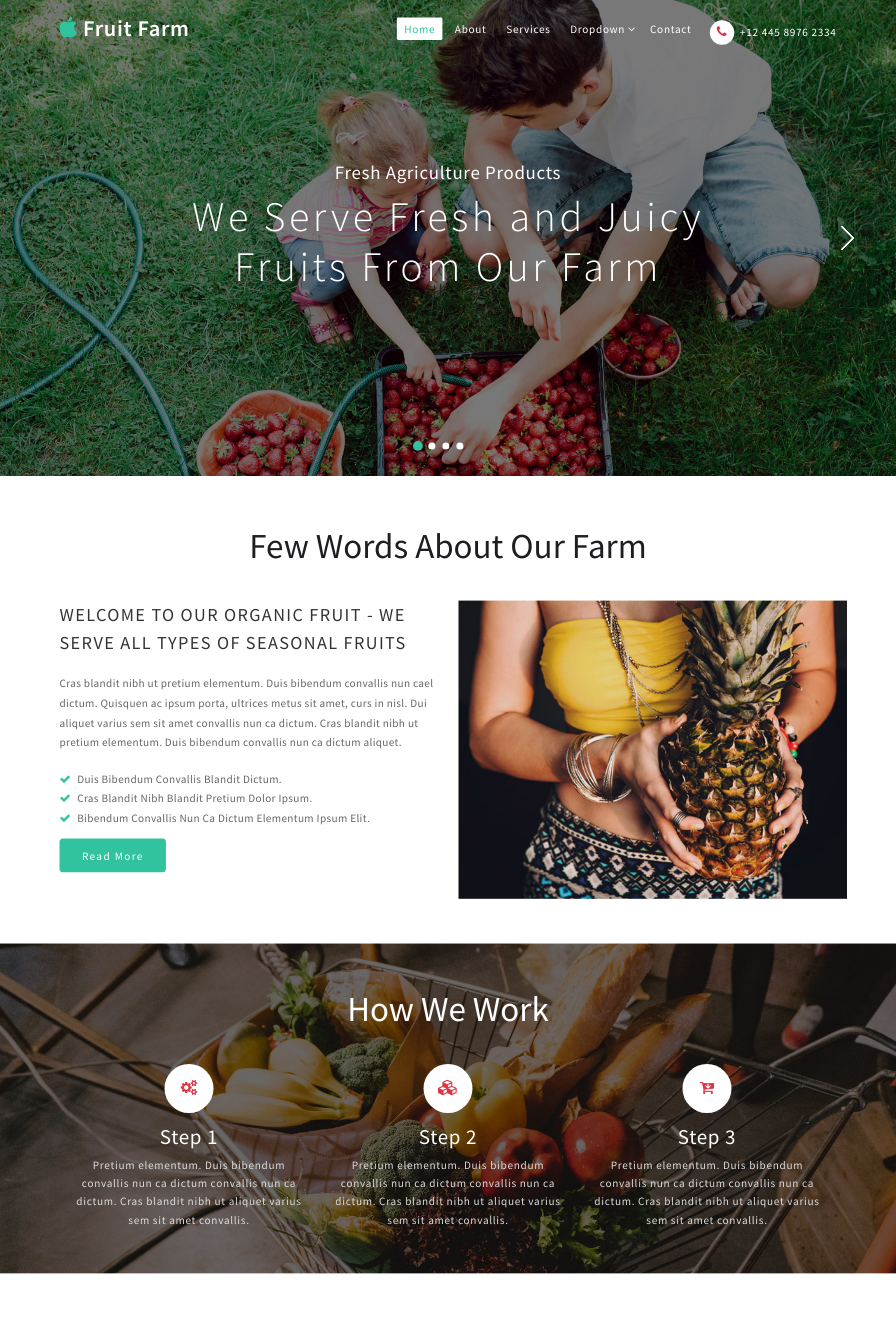
Repository: httpamit/SP-Food
Page: index.html
The author's editor kept a copy of each file at every save. The page is drawn from the files as they stood at one save, then again after the next save.
The browser window is 1280 px wide. The pictures show the part of the page from y = 0 to 1920 px (the page is 4839 px tall), at 70% of full size.
Backgrounds fixed to the window are drawn as part of the page.

Above is the page before, as saved 2019-02-07 23:10:07.

### index.html
<!DOCTYPE html>
<html lang="en">
<head>
<title>Fruit Farm Agriculture Category Flat Bootstrap Responsive Website Template | Home : W3layouts</title>

	<!-- Meta tag Keywords -->
	<meta name="viewport" content="width=device-width, initial-scale=1">
	<meta charset="utf-8">
	<meta name="keywords" content="Agriculture Responsive web template, Bootstrap Web Templates, Flat Web Templates, Android Compatible web template,
	Smartphone Compatible web template, free webdesigns for Nokia, Samsung, LG, SonyEricsson, Motorola web design" />
	<script type="application/x-javascript">
		addEventListener("load", function () {
			setTimeout(hideURLbar, 0);
		}, false);

		function hideURLbar() {
			window.scrollTo(0, 1);
		}
	</script>
	<!--// Meta tag Keywords -->

	<!-- css files -->
	<link rel="stylesheet" href="css/bootstrap.css"> <!-- Bootstrap-Core-CSS -->
	<link rel="stylesheet" href="css/style.css" type="text/css" media="all" /> <!-- Style-CSS -->
	<link rel="stylesheet" href="css/font-awesome.min.css"> <!-- Font-Awesome-Icons-CSS -->
	<!-- //css files -->

	<!--web font-->
	<link href="//fonts.googleapis.com/css?family=Source+Sans+Pro:200,200i,300,300i,400,400i,600,600i,700,700i,900,900i&amp;subset=cyrillic,cyrillic-ext,greek,greek-ext,latin-ext,vietnamese" rel="stylesheet">
	<!--//web font-->

</head>

<body>

<!-- header -->
<header>
	<div class="container" id="home">
		<nav class="">
			<div id="logo">
				<h1> <a href="index.html" class="editContent" data-selector=".editContent"><span class="fa fa-apple"></span> Fruit Farm</a></h1>
			</div>
			<div class="mx-auto">
				<label for="drop" class="toggle mt-lg-0 mt-3">Menu</label>
				<input type="checkbox" id="drop" />
				<ul class="menu mt-lg-4">
					<li class=" mr-lg-2 mr-1 active"><a href="#">Home</a></li>
					<li class=" mr-lg-2 mr-1"><a href="#about">About</a></li>
					<li class=" mr-lg-2 mr-1"><a href="#services">Services</a></li>
					<li class="dropdown-menu-padding">
					<!-- First Tier Drop Down -->
					<label for="drop-2" class="toggle">Dropdown <span class="fa fa-angle-down" aria-hidden="true"></span> </label>
					<a href="#">Dropdown <span class="fa fa-angle-down" aria-hidden="true"></span></a>
					<input type="checkbox" id="drop-2"/>
					<ul>
						<li><a href="#facts">Agriculture Facts</a></li>
						<li><a href="#gallery">Our Gallery</a></li>
						<li><a href="#team">Our Farmers</a></li>
					</ul>
					</li>
					<li><a href="#contact">Contact</a></li>
					<li class="buttons ml-lg-3">
						<p><span class="fa mr-1 fa-phone"></span> +12 445 8976 2334</p>
					</li>
				</ul>
			</div>
		</nav>
	</div>
</header>
<!-- //header -->

<div class="csslider infinity" id="slider1">
  <input type="radio" name="slides" checked="checked" id="slides_1"/>
  <input type="radio" name="slides" id="slides_2"/>
  <input type="radio" name="slides" id="slides_3"/>
  <input type="radio" name="slides" id="slides_4"/>
  <ul>
    <li>
		<div id="bg">
			<div class="container">
				<div class="banner-text">
				  <h6> Fresh Agriculture Products</h6>
				  <h3> We Serve Fresh and Juicy Fruits From Our Farm</h3>
				</div>
			</div>
		</div>
    </li>
    <li>
        <div id="bg1">
			<div class="container">
				<div class="banner-text">
				  <h6> Fresh Agriculture Products</h6>
				  <h3> We Serve Fresh and Juicy Fruits From Our Farm</h3>
				</div>
			</div>
        </div>
    </li>
    <li>
		<div id="bg2">
			<div class="container">
				<div class="banner-text">
				  <h6> Fresh Agriculture Products</h6>
				  <h3> We Serve Fresh and Juicy Fruits From Our Farm</h3>
				</div>
			</div>
        </div>
    </li>
    <li>
		<div id="bg3">
			<div class="container">
				<div class="banner-text">
				  <h6> Fresh Agriculture Products</h6>
				  <h3> We Serve Fresh and Juicy Fruits From Our Farm</h3>
				</div>
			</div>
		</div>
    </li>

  </ul>
  <div class="arrows">
    <label for="slides_1"></label>
    <label for="slides_2"></label>
    <label for="slides_3"></label>
    <label for="slides_4"></label>
  </div>
  <div class="navigation">
    <div>
      <label for="slides_1"></label>
      <label for="slides_2"></label>
      <label for="slides_3"></label>
      <label for="slides_4"></label>
    </div>
  </div>
</div>

<!-- //banner -->

<!-- about -->
<section class="about py-5" id="about">
	<div class="container py-md-3">
		<h3 class="heading text-center mb-md-5 mb-4">Few Words About our farm</h3>
		<div class="row about-grids agile-info">
			<div class="col-lg-6 mb-lg-0   mb-5">
				<h4 class="mb-4">Welcome to our Organic Fruit - we serve all types of seasonal fruits</h3>
				<p class="mb-4">Cras blandit nibh ut pretium elementum. Duis bibendum convallis nun cael dictum. Quisquen ac ipsum porta, ultrices metus sit amet, curs in nisl. Dui aliquet varius sem sit amet convallis nun ca dictum. Cras blandit nibh ut pretium elementum. Duis bibendum convallis nun ca dictum aliquet.</p>
				<p class="text-capitalize"> <span class="fa fa-check"></span> Duis bibendum convallis blandit dictum.</p>
				<p class=" text-capitalize"> <span class="fa fa-check"></span> Cras blandit nibh blandit pretium dolor ipsum.</p>
				<p class="text-capitalize mb-3"> <span class="fa fa-check"></span> Bibendum convallis nun ca dictum elementum ipsum elit.</p>
				<a href="#popup1">Read More </a>
			</div>
			<div class="col-lg-6 col-md-8   pr-md-0">
				<img src="images/about.jpg" class="img-fluid" />
			</div>
		</div>
	</div>
</section>
<!-- //about -->

<!-- how we work -->
<section class="work">
	<div class="work-layer py-5">
	<div class="container py-md-3">
		<h3 class="heading text-center mb-lg-5 text-white mb-4">How We Work</h3>
		<div class="row text-center join agile-info">
			<div class="col-lg-4 col-md-6 steps-reach  ">
				<span class="fa fa-cogs"></span>
				<h4>Step 1</h4>
				<p>Pretium elementum. Duis bibendum convallis nun ca dictum convallis nun ca dictum. Cras blandit nibh ut aliquet varius sem sit amet convallis.</p>
			</div>
			<div class="col-lg-4 col-md-6 mt-md-0 mt-5 steps-reach  ">
				<span class="fa fa-cubes"></span>
				<h4>Step 2</h4>
				<p>Pretium elementum. Duis bibendum convallis nun ca dictum convallis nun ca dictum. Cras blandit nibh ut aliquet varius sem sit amet convallis.</p>
			</div>
			<div class="col-lg-4 col-md-6 mt-lg-0 mt-5 steps-reach  ">
				<span class="fa fa-cart-arrow-down" aria-hidden="true"></span>
				<h4>Step 3</h4>
				<p>Pretium elementum. Duis bibendum convallis nun ca dictum convallis nun ca dictum. Cras blandit nibh ut aliquet varius sem sit amet convallis.</p>
			</div>
		</div>
	</div>
	</div>
</section>
<!-- //how we work -->

<!-- services -->
<section class="services py-5" id="services">
	<div class="container py-md-5">
		<h3 class="heading text-center mb-lg-5 mb-4">Our Services</h3>
		<div class="row text-center join agile-info">
			<div class="col-lg-4 col-md-6 steps-reach service-box">
				<span class="fa fa-cogs"></span>
				<h4>Step 1</h4>
				<p>Pretium elementum. Duis bibendum convallis nun ca dictum convallis nun ca dictum. Cras blandit nibh ut aliquet varius sem sit amet convallis.</p>
			</div>
			<div class="col-lg-4 col-md-6 mt-md-0 mt-5 steps-reach service-box ">
				<span class="fa fa-cubes"></span>
				<h4>Step 2</h4>
				<p>Pretium elementum. Duis bibendum convallis nun ca dictum convallis nun ca dictum. Cras blandit nibh ut aliquet varius sem sit amet convallis.</p>
			</div>
			<div class="col-lg-4 col-md-6 mt-lg-0 mt-5 steps-reach service-box right-border ">
				<span class="fa fa-cart-arrow-down" aria-hidden="true"></span>
				<h4>Step 3</h4>
				<p>Pretium elementum. Duis bibendum convallis nun ca dictum convallis nun ca dictum. Cras blandit nibh ut aliquet varius sem sit amet convallis.</p>
			</div>
		</div>
	</div>
	</div>
</section>
<!-- //how we work -->

<!-- facts -->
<section class="service-bottom bg py-5" id="facts">
	<div class="container">
		<!-- Counter -->
		<div class="py-lg-5 py-3">
			<h3 class="heading text-center text-white mb-lg-5 mb-4">Agricultural Facts</h3>
			<div class="row ">
				<div class="col-md-3 text-center col-6 agileits_w3layouts_about_counter_left  ">
					<div class="counterinfo agile-info">
						<p class="counter">146</p>
						<h3>Business Growth</h3>
					</div>
				</div>
				<div class="col-md-3 text-center col-6 agileits_w3layouts_about_counter_left  ">
					<div class="counterinfo agile-info">
						<p class="counter">1500</p>
						<h3>Fruits Supplied</h3>
					</div>
				</div>
				<div class="col-md-3 text-center col-6 agileits_w3layouts_about_counter_left   mt-md-0 mt-4">
					<div class="counterinfo agile-info">
						<p class="counter">15+</p>
						<h3>Years Experience</h3>
					</div>
				</div>
				<div class="col-md-3 text-center col-6 agileits_w3layouts_about_counter_left   mt-md-0 mt-4">
					<div class="counterinfo agile-info">
						<p class="counter">150+</p>
						<h3>Agriculture Farmers</h3>
					</div>
				</div>
			</div>
		</div>
		<!-- //Counter -->
	</div>
</section>
<!-- //facts -->

<!-- gallery -->
<section class="gallery py-5" id="gallery">
	<div class="container py-3">
		<h3 class="heading text-center mb-lg-5 mb-4">Our Gallery</h3>
		<div class="row gallery_grid-more project-grids w3ls">
			<div class="col-lg-3 col-md-4 col-6 px-1 w3layoutsits_w3layouts_gallery_grid1">
				<div class="gallery-border">
					<a href="#popup2">
						<img src="images/g1.jpg" alt=" " class="img-fluid" />
					</a>
				</div>
			</div>
			<div class="col-lg-3 col-md-4 col-6 px-1 w3layoutsits_w3layouts_gallery_grid1">
				<div class="gallery-border">
					<a href="#popup3">
						<img src="images/g2.jpg" alt=" " class="img-fluid" />
					</a>
				</div>
			</div>
			<div class="col-lg-3 col-md-4 col-6 px-1 w3layoutsits_w3layouts_gallery_grid1 mt-md-0 mt-2">
				<div class="gallery-border">
					<a href="#popup4">
						<img src="images/g3.jpg" alt=" " class="img-fluid" />
					</a>
				</div>
			</div>
			<div class="col-lg-3 col-md-4 col-6 px-1 w3layoutsits_w3layouts_gallery_grid1 mt-lg-0 mt-2">
				<div class="gallery-border">
					<a href="#popup5">
						<img src="images/g4.jpg" alt=" " class="img-fluid" />
					</a>
				</div>
			</div>
			<div class="col-lg-3 col-md-4 col-6 px-1 w3layoutsits_w3layouts_gallery_grid1 mt-2 ">
				<div class="gallery-border">
					<a href="#popup6">
						<img src="images/g5.jpg" alt=" " class="img-fluid" />
					</a>
				</div>
			</div>
			<div class="col-lg-3 col-md-4 col-6 px-1 w3layoutsits_w3layouts_gallery_grid1 mt-2">
				<div class="gallery-border">
					<a href="#popup7">
						<img src="images/g6.jpg" alt=" " class="img-fluid" />
					</a>
				</div>
			</div>
			<div class="col-lg-3 col-md-4 col-6 px-1 w3layoutsits_w3layouts_gallery_grid1 mt-2">
				<div class="gallery-border">
					<a href="#popup8">
						<img src="images/g7.jpg" alt=" " class="img-fluid" />
					</a>
				</div>
			</div>
			<div class="col-lg-3 col-md-4 col-6 px-1 w3layoutsits_w3layouts_gallery_grid1 mt-2">
				<div class="gallery-border">
					<a href="#popup9">
						<img src="images/g8.jpg" alt=" " class="img-fluid" />
					</a>
				</div>
			</div>
		</div>
	</section>

<!-- popup for gallery -->
<div id="popup2" class="overlay">
	<div class="popup1">
		<img src="images/g1.jpg" alt="Popup Image" class="img-fluid" />
	<a class="close" href="#gallery">&times;</a>
	</div>
</div>

<div id="popup3" class="overlay">
	<div class="popup1">
		<img src="images/g2.jpg" alt="Popup Image" class="img-fluid" />
	<a class="close" href="#gallery">&times;</a>
	</div>
</div>

<div id="popup4" class="overlay">
	<div class="popup1">
		<img src="images/g3.jpg" alt="Popup Image" class="img-fluid" />
	<a class="close" href="#gallery">&times;</a>
	</div>
</div>

<div id="popup5" class="overlay">
	<div class="popup1">
		<img src="images/g4.jpg" alt="Popup Image" class="img-fluid" />
	<a class="close" href="#gallery">&times;</a>
	</div>
</div>

<div id="popup6" class="overlay">
	<div class="popup1">
		<img src="images/g5.jpg" alt="Popup Image" class="img-fluid" />
	<a class="close" href="#gallery">&times;</a>
	</div>
</div>

<div id="popup7" class="overlay">
	<div class="popup1">
		<img src="images/g6.jpg" alt="Popup Image" class="img-fluid" />
	<a class="close" href="#gallery">&times;</a>
	</div>
</div>
<div id="popup8" class="overlay">
	<div class="popup1">
		<img src="images/g7.jpg" alt="Popup Image" class="img-fluid" />
	<a class="close" href="#gallery">&times;</a>
	</div>
</div>
<div id="popup9" class="overlay">
	<div class="popup1">
		<img src="images/g8.jpg" alt="Popup Image" class="img-fluid" />
	<a class="close" href="#gallery">&times;</a>
	</div>
</div>
<!-- //popup for gallery -->

</div>
<!-- //gallery -->

<!-- team -->
<section class="team bg-light py-5" id="team">
	<div class="container py-md-3">
		<h3 class="heading text-center mb-lg-5 mb-4">Our Farmers</h3>
		<div class="row team-grids">
			<div class="col-lg-3 col-sm-6 mb-lg-0 mb-4 team-grid  ">
				<div class="team-members">
					<img src="images/t1.jpg" class="img-fluid" alt="image">
					<div class="team-desc py-3 text-center agile-info">
						<h4 class="">John Doe</h4>
						<span>Our Farmer</span>
						<ul class="social">
							<li><a href="#"><span class="fa fa-facebook icon_facebook"></span></a></li>
							<li><a href="#"><span class="fa fa-twitter icon_twitter"></span></a></li>
							<li><a href="#"><span class="fa fa-dribbble icon_dribbble"></span></a></li>
							<li><a href="#"><span class="fa fa-google-plus icon_g_plus"></span></a></li>
						</ul>
					</div>
				</div>
			</div>
			<div class="col-lg-3 col-sm-6 mb-lg-0 mb-4 team-grid  ">
				<div class="team-members">
					<img src="images/t2.jpg" class="img-fluid" alt="image">
					<div class="team-desc py-3 text-center agile-info">
						<h4 class="">Melisa Doe</h4>
						<span>Our Farmer</span>
						<ul class="social">
							<li><a href="#"><span class="fa fa-facebook icon_facebook"></span></a></li>
							<li><a href="#"><span class="fa fa-twitter icon_twitter"></span></a></li>
							<li><a href="#"><span class="fa fa-dribbble icon_dribbble"></span></a></li>
							<li><a href="#"><span class="fa fa-google-plus icon_g_plus"></span></a></li>
						</ul>
					</div>
				</div>
			</div>
			<div class="col-lg-3 col-sm-6 mb-sm-0 mb-4 team-grid  ">
				<div class="team-members">
					<img src="images/t3.jpg" class="img-fluid" alt="image">
					<div class="team-desc py-3 text-center agile-info">
						<h4 class="">Alex Atkinson</h4>
						<span>Our Farmer</span>
						<ul class="social">
							<li><a href="#"><span class="fa fa-facebook icon_facebook"></span></a></li>
							<li><a href="#"><span class="fa fa-twitter icon_twitter"></span></a></li>
							<li><a href="#"><span class="fa fa-dribbble icon_dribbble"></span></a></li>
							<li><a href="#"><span class="fa fa-google-plus icon_g_plus"></span></a></li>
						</ul>
					</div>
				</div>
			</div>
			<div class="col-lg-3 col-sm-6 team-grid  ">
				<div class="team-members">
					<img src="images/t4.jpg" class="img-fluid" alt="image">
					<div class="team-desc py-3 text-center agile-info">
						<h4 class="">Thompson</h4>
						<span>Our Farmer</span>
						<ul class="social">
							<li><a href="#"><span class="fa fa-facebook icon_facebook"></span></a></li>
							<li><a href="#"><span class="fa fa-twitter icon_twitter"></span></a></li>
							<li><a href="#"><span class="fa fa-dribbble icon_dribbble"></span></a></li>
							<li><a href="#"><span class="fa fa-google-plus icon_g_plus"></span></a></li>
						</ul>
					</div>
				</div>
			</div>
		</div>
	</div>
</section>
<!-- //team -->

<!-- footer -->
<footer class="py-5" id="contact">
	<div class="container pt-md-3">
		<div class="row ">
		<div class="col-lg-4 col-md-6">
            <h3 class="mb-4">Address Info</h3>
			<div class="footer-text">
				<p>Address : 1234 block, Charlotte, North Carolina, United States, USA.</p>
				<p class="mt-1">Phone : +12 534894364</p>
				<p class="mt-1">Phone : +12 534894364</p>
				<p class="my-1">Email : <a href="mailto:info@example.com">info@example.com</a></p>
				<p>Fax : +12 534894364</p>
			</div>
		</div>
		<div class="col-lg-3 col-md-6 mt-md-0 mt-5">
            <h3 class="mb-4">Opening Hours</h3>
			<div class="timings">
				<p class="mb-2">Mon To Fri<span> 9am to 8pm </span></p>
				<p class="">Sat and Sun<span> 10am to 6pm </span></p>
			</div>
            <h3 class="mt-4">Connect Us</h3>
			<p class="mt-3">Follow us on social media.</p>
			<ul class="social mt-2">
				<li><a href="#"><span class="fa fa-facebook icon_facebook"></span></a></li>
				<li><a href="#"><span class="fa fa-twitter icon_twitter"></span></a></li>
				<li><a href="#"><span class="fa fa-dribbble icon_dribbble"></span></a></li>
				<li><a href="#"><span class="fa fa-google-plus icon_g_plus"></span></a></li>
			</ul>
		</div>
		<div class="col-lg-5 mt-lg-0 mt-5">
			<h3 class="mb-4 ml-md-5"> Contact Us</h3>
			<form action="#" method="get" class="register-wthree">
				<div class="form-group">
					<div class="row">
						<div class="col-sm-2 d-sm-flex align-items-end justify-content-end px-sm-0">
							<label class="mb-0">
								<span class="fa fa-user"></span>
							</label>
						</div>
						<div class="col-sm-5 pr-sm-1">
							<input class="form-control" type="text" placeholder="First Name" name="email" required="">
						</div>
						<div class="col-sm-5 pl-sm-1 pl-auto mt-sm-0 mt-2">
							<input class="form-control" type="text" placeholder="Last Name" name="email" required="">
						</div>
					</div>
				</div>
				<div class="form-group">
					<div class="row">
						<div class="col-sm-2 d-sm-flex align-items-end justify-content-end px-sm-0">
							<label class="mb-0">
								<span class="fa fa-envelope-open"></span>
							</label>
						</div>
						<div class="col-sm-10">
							<input class="form-control" type="email" placeholder="example@mail.com" name="email" required="">
						</div>
					</div>
				</div>
				<div class="form-group">
					<div class="row">
						<div class="col-sm-2 d-sm-flex align-items-end justify-content-end px-sm-0">
							<label class="mb-0">
								<span class="fa fa-edit"></span>
							</label>
						</div>
						<div class="col-sm-10">
							<textarea placeholder="Your message here" class="form-control"></textarea>
						</div>
					</div>
				</div>
				<div class="row mt-3">
					<div class="offset-2"></div>
					<div class="col-sm-10">
						<button type="submit" class="btn btn-block w-100">Send</button>
					</div>
				</div>
			</form>
		</div>
	</div>
	<div class="copyright pt-sm-5 pt-4 text-center">
		<a href="#home" class="move-top scroll"><span class="fa fa-angle-up" aria-hidden="true"></span></a>
		<p>© 2018 Fruit Farm. All Rights Reserved | Design by</p>
	</div>
</footer>
<!-- footer -->

<!-- popup for btn -->
<div id="popup1" class="overlay">
	<div class="popup">
		<img src="images/about.jpg" alt="Popup Image" class="img-fluid" />
		<p class="mt-4 editContent">Nulla viverra pharetra se, eget pulvinar neque pharetra ac int. placerat placerat dolor. Vestibulum at dui nunc. Nulla viverra pharetra sem, eget pulvinar neque pharetra ac int. lorem ipsum Vestibulum. placerat placerat dolor. Vestibulum at dui nunc. Nullam eu elit neque lectus.</p>
	<a class="close" href="#about">&times;</a>
	</div>
</div>
<!-- //popup for btn -->

</body>
</html>

Loaded but not shown: css/bootstrap.css (library); css/font-awesome.min.css (library); css/style.css (1492 lines, source omitted)

After the next save:
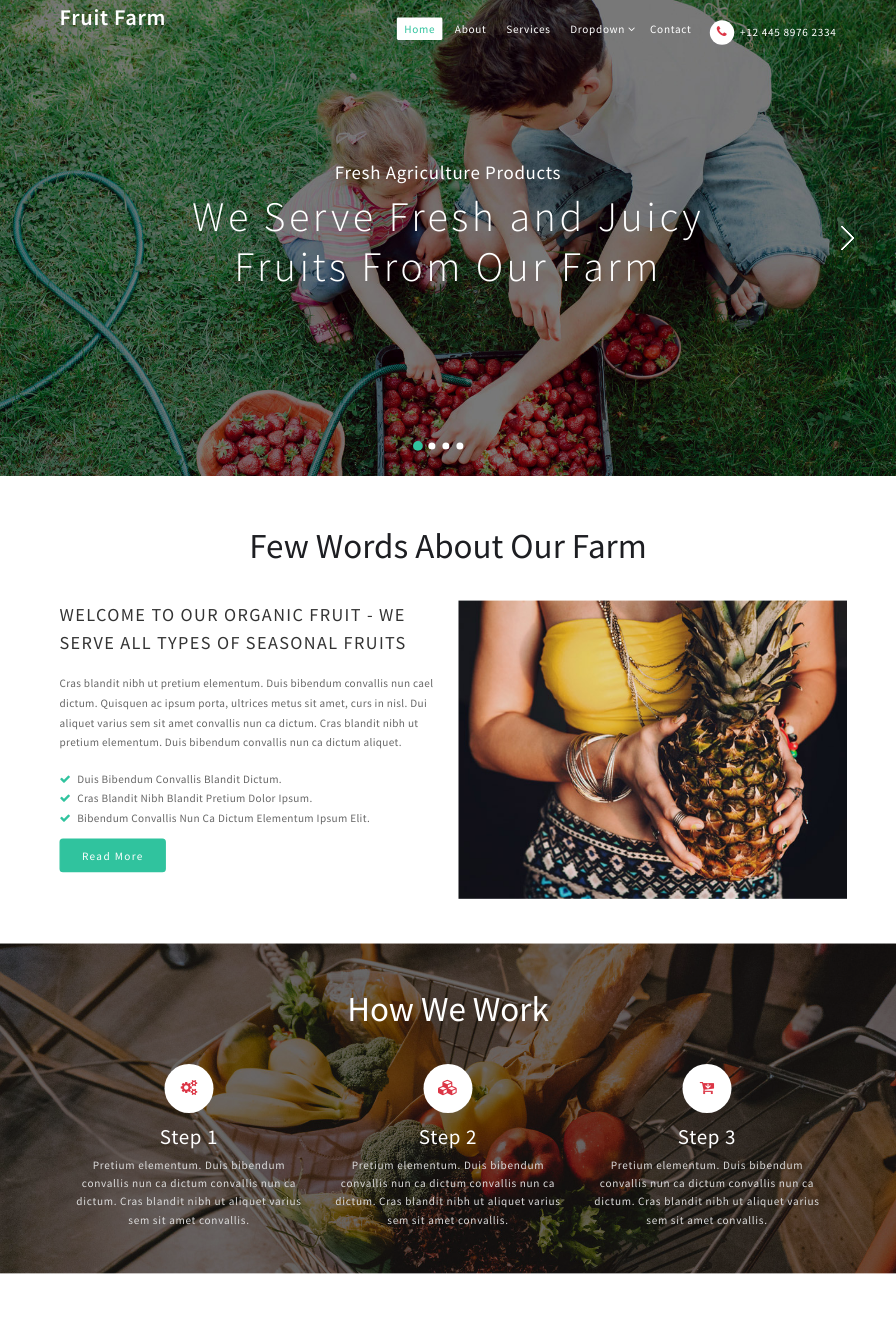
Saved 36 s later.
--- a/index.html
+++ b/index.html
@@ -38,7 +38,7 @@
 	<div class="container" id="home">
 		<nav class="">
 			<div id="logo">
-				<h1> <a href="index.html" class="editContent" data-selector=".editContent"><span class="fa fa-apple"></span> Fruit Farm</a></h1>
+				<h1> <a href="index.html" class="editContent" data-selector=".editContent">Fruit Farm</a></h1>
 			</div>
 			<div class="mx-auto">
 				<label for="drop" class="toggle mt-lg-0 mt-3">Menu</label>

After the save that followed:
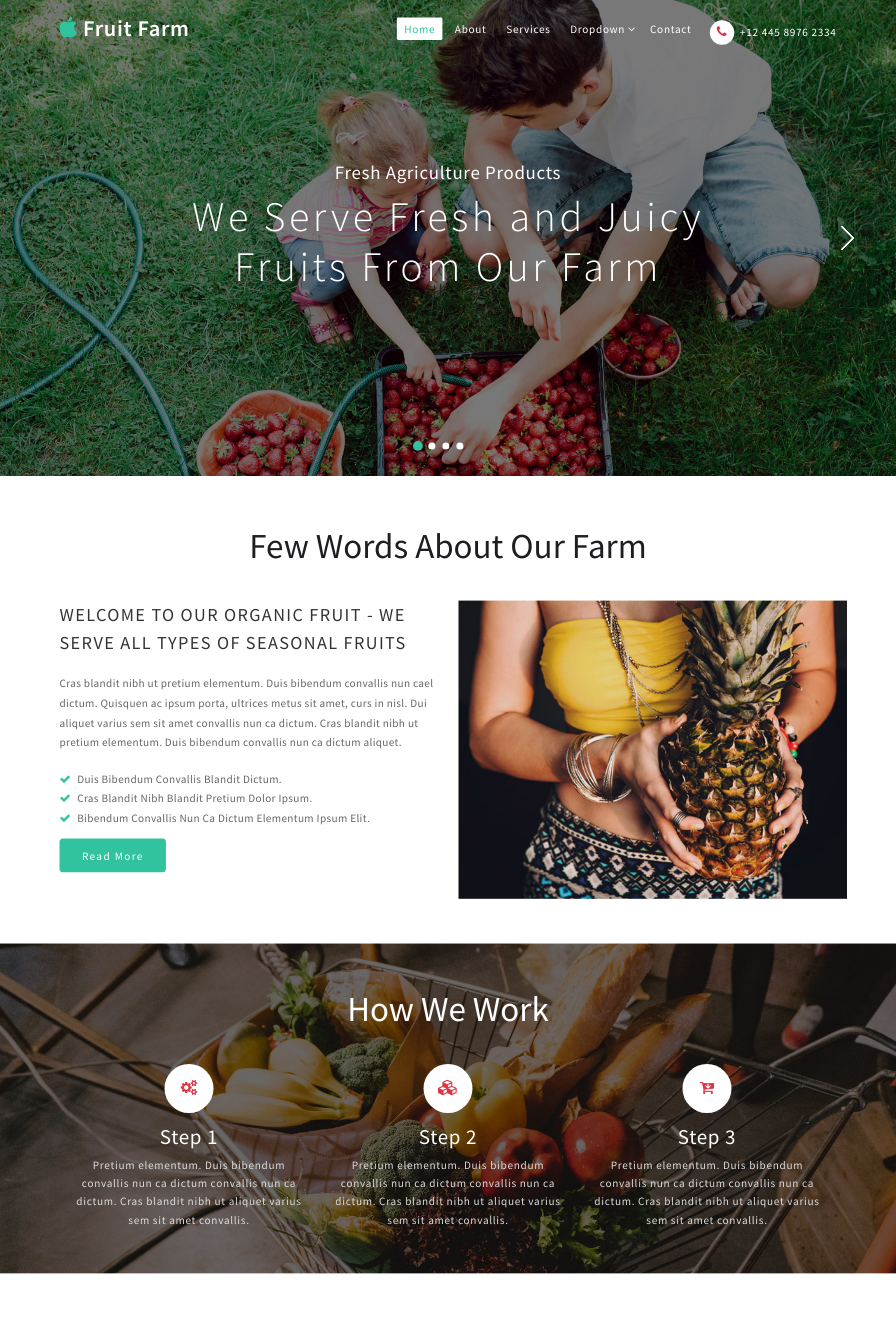
Saved 17 s later.
--- a/index.html
+++ b/index.html
@@ -38,7 +38,7 @@
 	<div class="container" id="home">
 		<nav class="">
 			<div id="logo">
-				<h1> <a href="index.html" class="editContent" data-selector=".editContent">Fruit Farm</a></h1>
+				<h1> <a href="index.html" class="editContent" data-selector=".editContent"><span class="fa fa-apple"></span> Fruit Farm</a></h1>
 			</div>
 			<div class="mx-auto">
 				<label for="drop" class="toggle mt-lg-0 mt-3">Menu</label>
